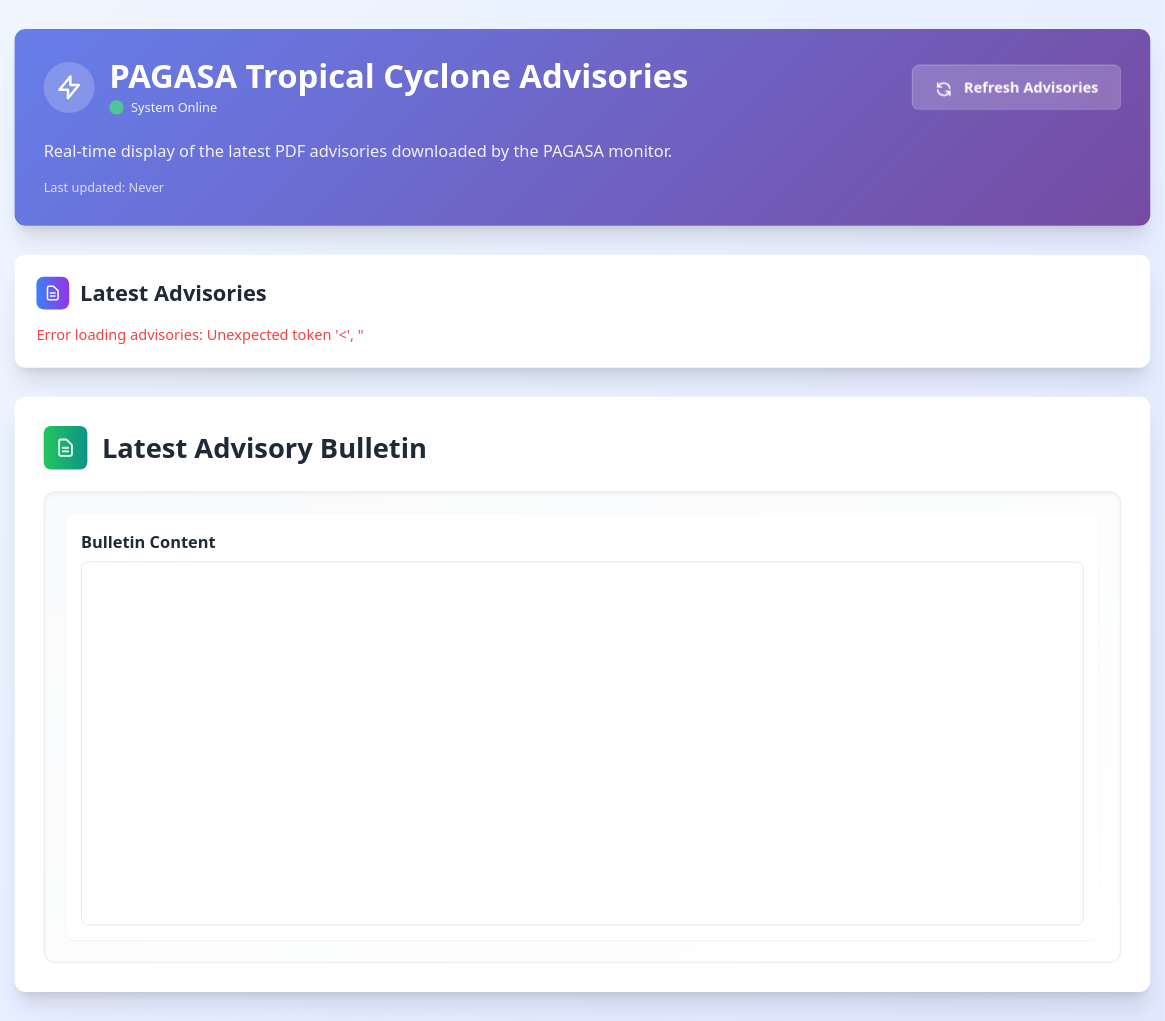
Repository: JetSpy-404/Heat-Mapping-For-Disaster-Risk-Prone-Areas
Page: pdf_viewer.html
An editor plug-in stored every save of this project. The page is shown before and after the next save, followed by the edit.
The browser window is 1280 px wide. The pictures show the whole page, at 91% of full size.
After loading, the first visible `button.bg-white` was clicked once.
Some web libraries are served in a nearby version.

Above is the page before, as saved 2025-11-09 21:26:53.

After the next save:
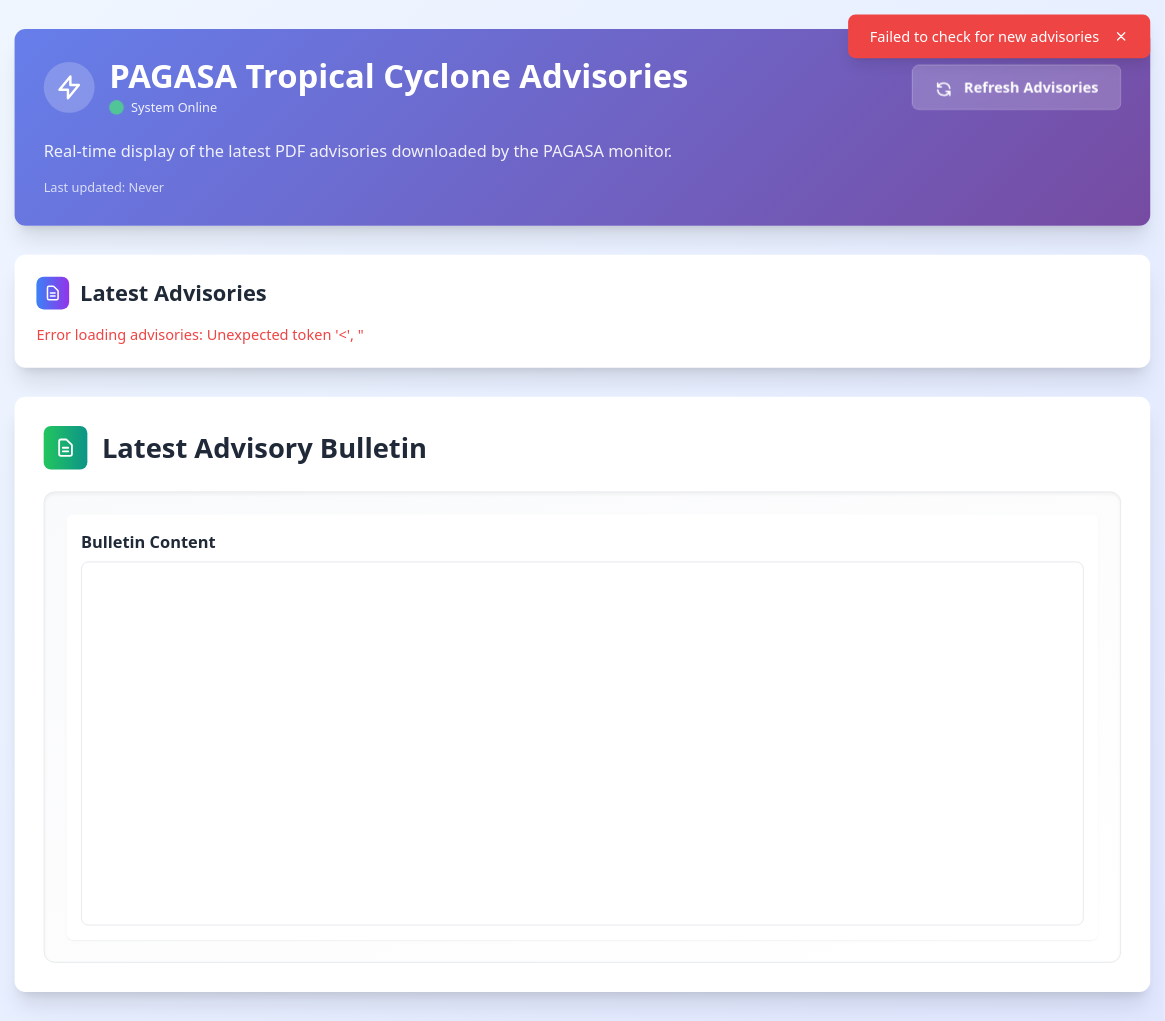
Saved 2 min 11 s later.
--- a/pdf_viewer.html
+++ b/pdf_viewer.html
@@ -385,7 +385,8 @@
             }, 5000);
         }
 
-        function refreshPDFs() {
+        async function refreshPDFs() {
+            await checkForNewAdvisories();
             loadPDFs();
         }
 
